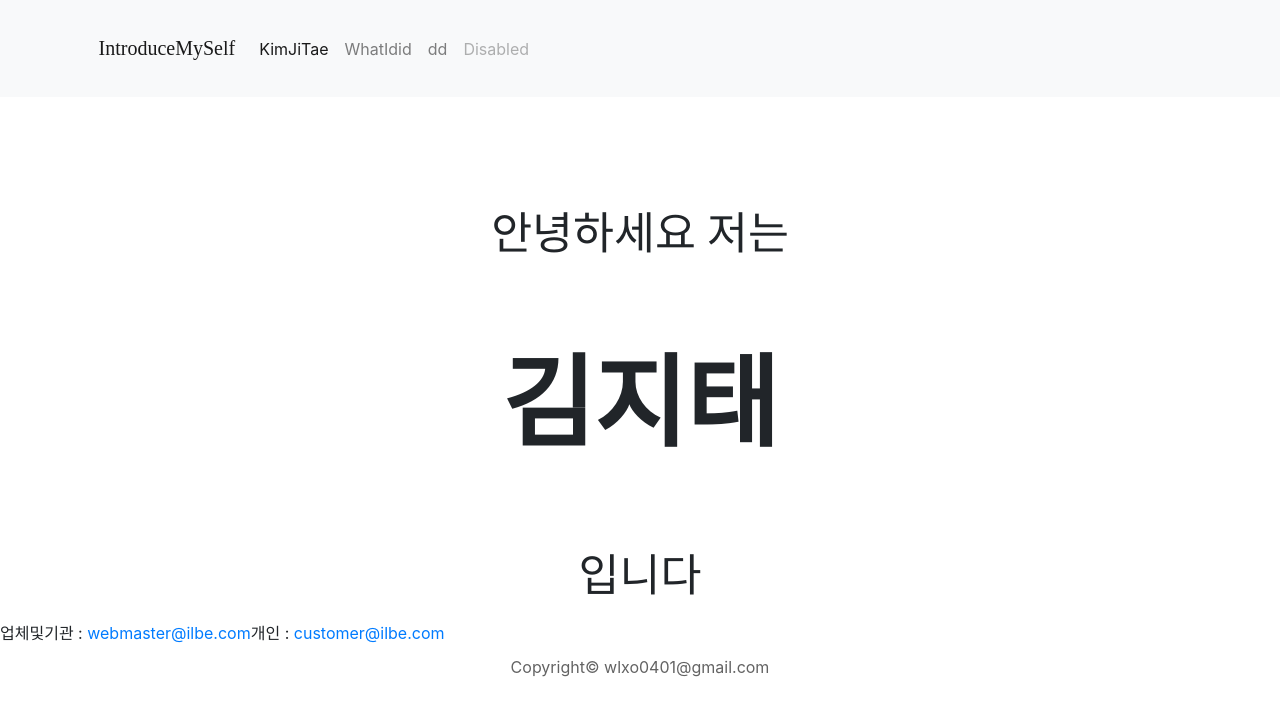
Repository: wlxo0401/IntroduveMySelf
Page: IntroduceMySelf/WebContent/Index.html
An editor plug-in stored every save of this project. The page is shown before and after the next save, followed by the edit.
The browser window is 1280 px wide. The pictures show the whole page.

Above is the page before, as saved 2020-03-11 06:26:40.

After the next save:
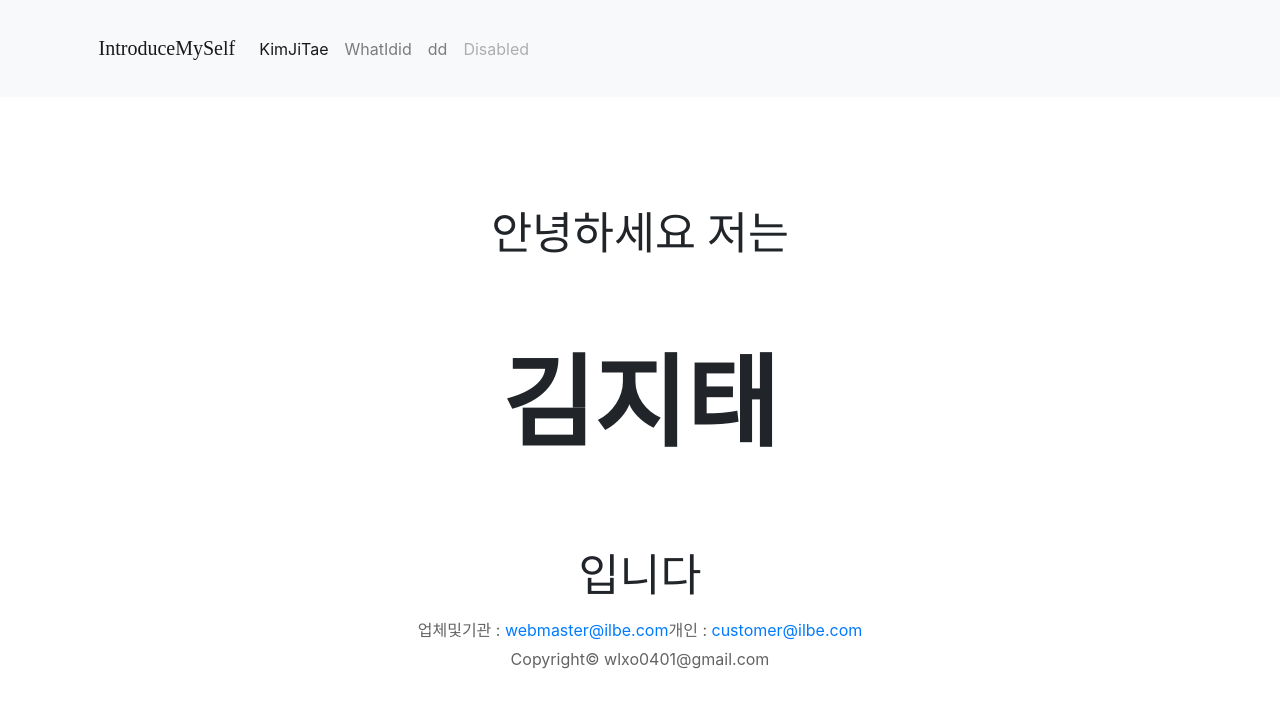
Saved 26 s later.
--- a/IntroduceMySelf/WebContent/style.css
+++ b/IntroduceMySelf/WebContent/style.css
@@ -61,7 +61,12 @@
   	font-size: 4rem;
   }
 }
-
+.address {
+    text-align: center;
+    margin-top: 10px;
+    line-height: 14px;
+    color: #636363;
+}
 
 .copyright {
     margin-top: 10px;

After the save that followed:
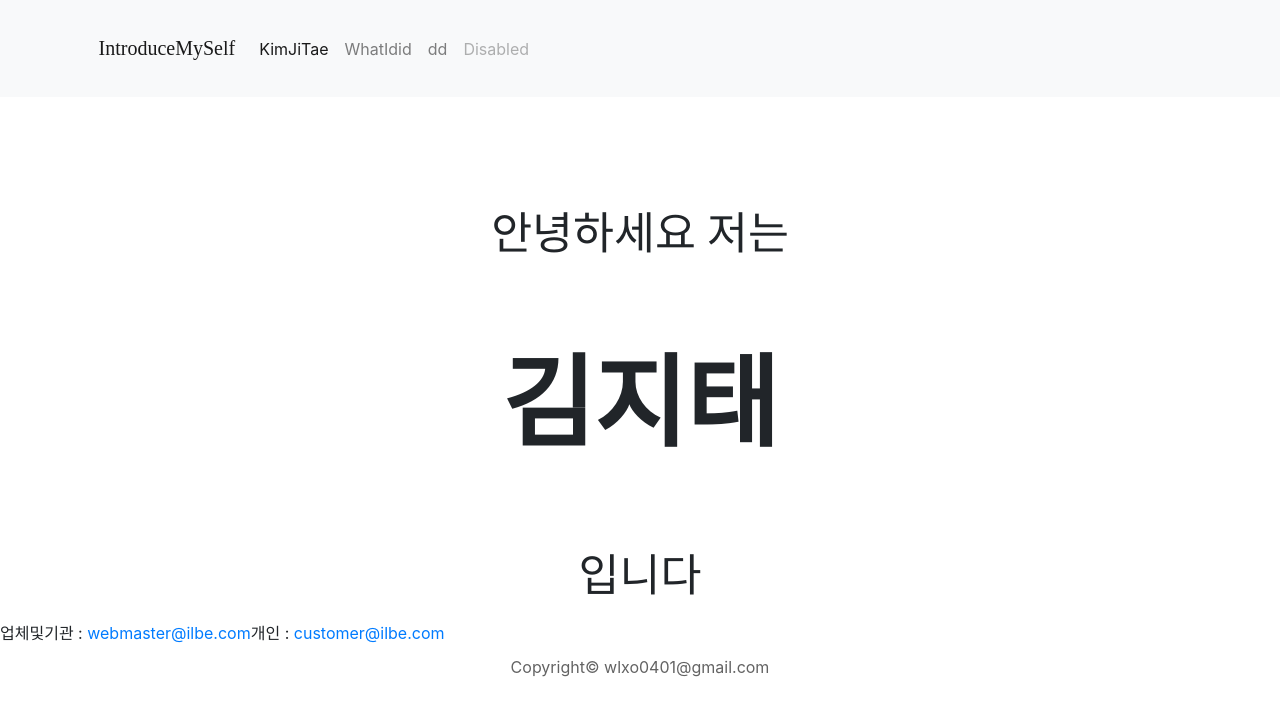
Saved 106 s later.
--- a/IntroduceMySelf/WebContent/style.css
+++ b/IntroduceMySelf/WebContent/style.css
@@ -61,7 +61,7 @@
   	font-size: 4rem;
   }
 }
-.address {
+.footer-intro {
     text-align: center;
     margin-top: 10px;
     line-height: 14px;
